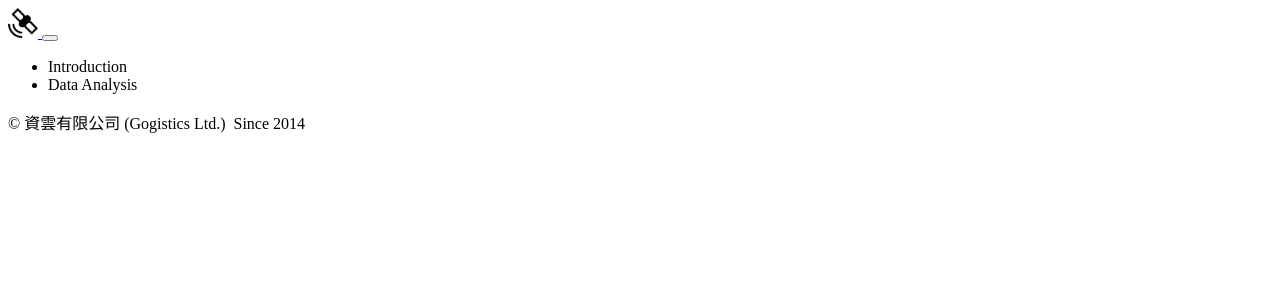
Repository: hanjangchen/Raspberry
Page: prjGAEGPSAnalysis/prjGPSAnalysis/src/static/my_ng_templates/desktop/index.html
An editor plug-in stored every save of this project. The page is shown before and after the next save, followed by the edit.
The browser window is 1280 px wide. The pictures show the whole page.

Above is the page before, as saved 2014-11-03 18:25:05.

### prjGAEGPSAnalysis/prjGPSAnalysis/src/static/my_ng_templates/desktop/index.html
<!-- index page template -->
<div ng-controller="myIndexCtrl"
	class="navbar navbar-default navbar-fixed-top">
	<div class="container-fluid">
		<div class="navbar-header">
			<a class="navbar-brand" href="http://gogistics.gogistics-tw.com" title="Go to Gogistics Website"><img alt="icon_gps" src="/img/icon_gps.png" style="height: 30px;"> </a>

			<button id="list_icon" type="button" class="navbar-toggle"
				data-toggle="collapse" data-target=".navHeaderCollapse">
				<span class="icon-bar"></span> <span class="icon-bar"></span> <span
					class="icon-bar"></span>
			</button>
		</div>

		<div id="menu_list" class="collapse navbar-collapse navHeaderCollapse">
			<ul class="nav navbar-nav navbar-right text-center">
				<li ng-class="is_selected('index_introduction') ? 'active' : 'inactive' "
					ng-click="select_topic('index_introduction')"><a ui-sref="index_introduction">Introduction</a></li>
				<li ng-class="is_selected('index_data_analysis') ? 'active' : 'inactive' "
					ng-click="select_topic('index_data_analysis')"><a ui-sref="index_data_analysis">Data Analysis</a></li>
			</ul>
		</div>
	</div>
</div>

<!-- template view -->
<div ui-view class="jumbotron text-center template_conatiner_view"></div>


<!-- copy right -->
<div class="navbar navbar-default navbar-bottom col-xs-12 col-sm-12 col-md-12 col-lg-12 text-center">
	<my-index-gps-data class="col-xs-1 col-sm-1 col-md-1 col-lg-1"></my-index-gps-data>
	<!-- copy right -->
		<div class="navbar-brand my_navbar_brand_copy_right col-xs-10 col-sm-10 col-md-10 col-lg-10">
			&copy; <span>資雲有限公司&nbsp;(Gogistics Ltd.)</span><span>&nbsp;&nbsp;Since
				2014</span><span><a class="glyphicon glyphicon-envelope"
				href="mailto:[[email]]" title="聯絡我們 -[[email]]"
				style="color: #000; margin-left: 10px;"></a></span>
		</div>
	<div class="col-xs-1 col-sm-1 col-md-1 col-lg-1"></div>
</div>

<!-- js -->
<script type="text/javascript" src="/js/index.js"></script>

### prjGAEGPSAnalysis/prjGPSAnalysis/src/static/javascripts/index.js
/*(function(){
	 JQuery
	var $list_icon = $('#list_icon');
	$('.navbar-collapse a').click(function() {
		if ($list_icon.is(":visible")) {
			$(".navbar-collapse").collapse('hide');
		}
	});
})();*/

After the next save:
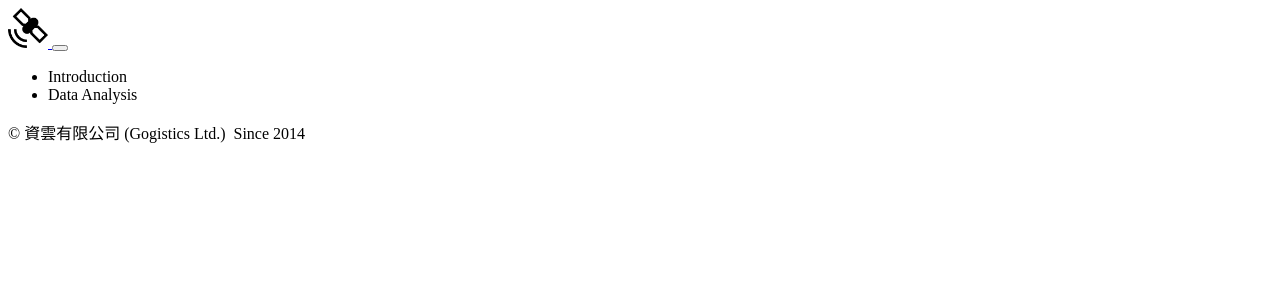
Saved 42 s later.
--- a/prjGAEGPSAnalysis/prjGPSAnalysis/src/static/my_ng_templates/desktop/index.html
+++ b/prjGAEGPSAnalysis/prjGPSAnalysis/src/static/my_ng_templates/desktop/index.html
@@ -3,7 +3,7 @@
 	class="navbar navbar-default navbar-fixed-top">
 	<div class="container-fluid">
 		<div class="navbar-header">
-			<a class="navbar-brand" href="http://gogistics.gogistics-tw.com" title="Go to Gogistics Website"><img alt="icon_gps" src="/img/icon_gps.png" style="height: 30px;"> </a>
+			<a class="navbar-brand" href="http://gogistics.gogistics-tw.com" title="Go to Gogistics Website"><img alt="icon_gps" src="/img/icon_gps.png" style="height: 40px;"> </a>
 
 			<button id="list_icon" type="button" class="navbar-toggle"
 				data-toggle="collapse" data-target=".navHeaderCollapse">

After the save that followed:
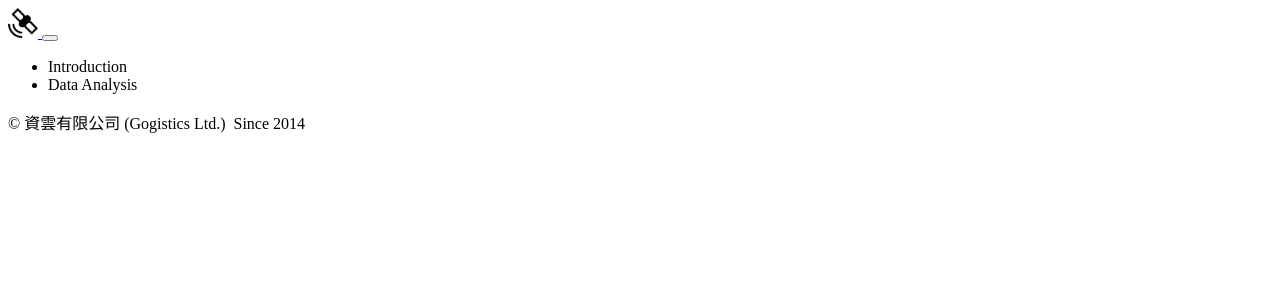
Saved 39 s later.
--- a/prjGAEGPSAnalysis/prjGPSAnalysis/src/static/my_ng_templates/desktop/index.html
+++ b/prjGAEGPSAnalysis/prjGPSAnalysis/src/static/my_ng_templates/desktop/index.html
@@ -3,7 +3,7 @@
 	class="navbar navbar-default navbar-fixed-top">
 	<div class="container-fluid">
 		<div class="navbar-header">
-			<a class="navbar-brand" href="http://gogistics.gogistics-tw.com" title="Go to Gogistics Website"><img alt="icon_gps" src="/img/icon_gps.png" style="height: 40px;"> </a>
+			<a class="navbar-brand" href="http://gogistics.gogistics-tw.com" title="Go to Gogistics Website"><img alt="icon_gps" src="/img/icon_gps.png" style="height: 30px;"> </a>
 
 			<button id="list_icon" type="button" class="navbar-toggle"
 				data-toggle="collapse" data-target=".navHeaderCollapse">
